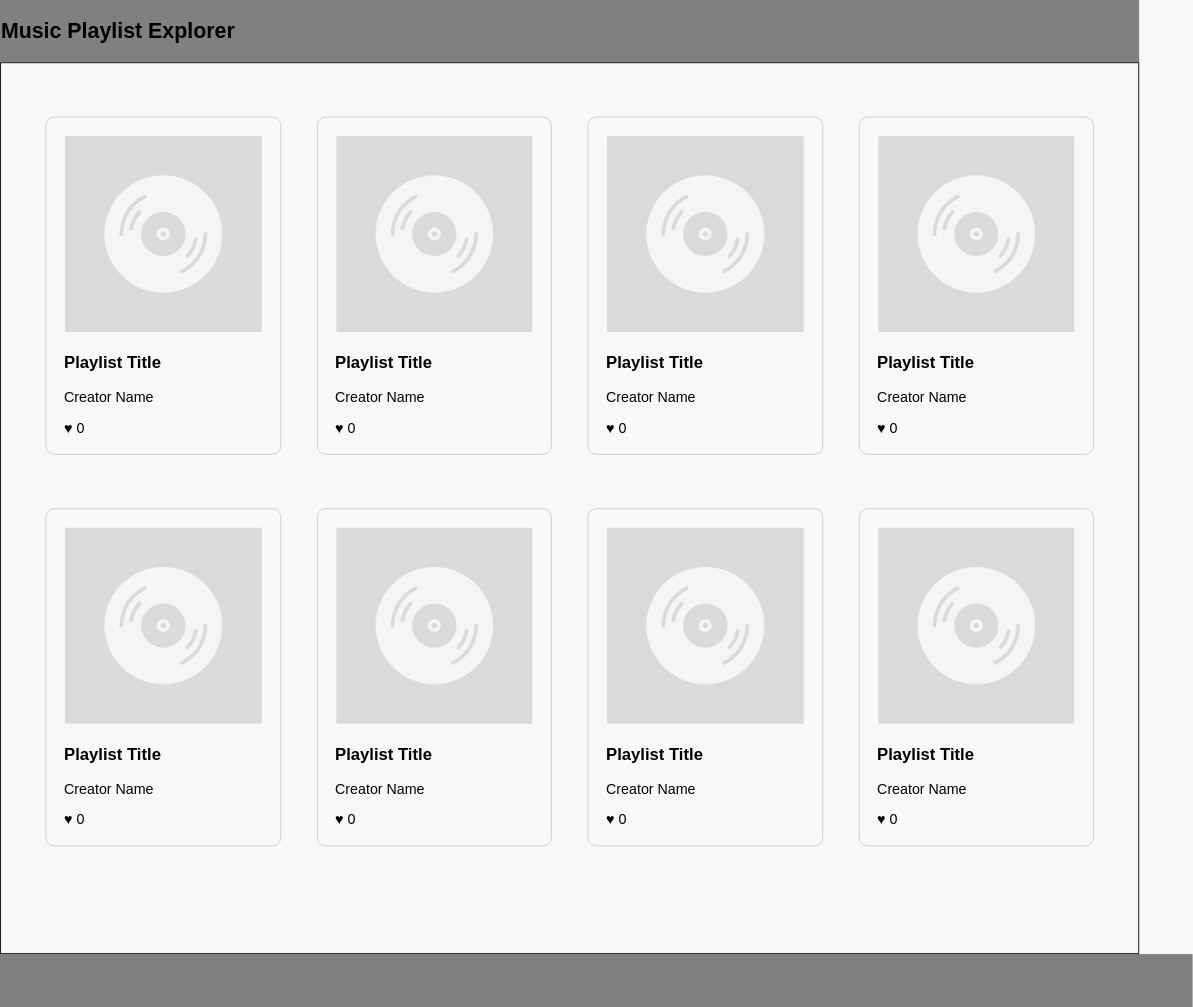
Repository: valentinaarojas/music-player-explorer
Page: index.html
The author's editor kept a copy of each file at every save. The page is drawn from the files as they stood at one save, then again after the next save.
The browser window is 1280 px wide. The page is 1340 px wide, so the pictures cover 1340 px, including what lies to the right of the window. The pictures show the whole page, at 89% of full size.

Above is the page before, as saved 2025-02-19 16:41:50.
Console error: SyntaxError: Unexpected token '{'

### index.html
<!DOCTYPE html>
<html lang="en">
<head>
    <meta charset="UTF-8">
    <meta name="viewport" content="width=device-width, initial-scale=1.0">

    <title>Music Playlist Explorer</title>
    <link rel="icon" type="image/x-icon" href="/images/favicon.ico">

    <link rel="stylesheet" href="style.css">
</head>
<body>
    <header>
        <!-- Your header content here -->
        <div class="banner">
            <h2>Music Playlist Explorer</h2>
        </div>
    </header>

    <main>
        <!-- Your main content here -->
        <div class="playlist-cards">
            <!-- card 1 -->
            <div class="playlist-card">
                <div class="playlist-cover">
                    <img src="assets/img/playlist.png" alt="placeholder" style="width: 100%">
                </div>
                <div class="playlist-info">
                    <h3 class="playlist-title">Playlist Title</h3>
                    <p class="creator-info">Creator Name</p>
                    <div class="like-count">
                        <span>♥</span>
                        <span>0</span>
                    </div>
                </div>
            </div>
            <!-- card 2 -->
            <div class="playlist-card">
                <div class="playlist-cover">
                    <img src="assets/img/playlist.png" alt="placeholder" style="width: 100%">
                </div>
                <div class="playlist-info">
                    <h3 class="playlist-title">Playlist Title</h3>
                    <p class="creator-info">Creator Name</p>
                    <div class="like-count">
                        <span>♥</span>
                        <span>0</span>
                    </div>
                </div>
            </div>
            <!-- card 3 -->
            <div class="playlist-card">
                <div class="playlist-cover">
                    <img src="assets/img/playlist.png" alt="placeholder" style="width: 100%">
                </div>
                <div class="playlist-info">
                    <h3 class="playlist-title">Playlist Title</h3>
                    <p class="creator-info">Creator Name</p>
                    <div class="like-count">
                        <span>♥</span>
                        <span>0</span>
                    </div>
                </div>
            </div>
            <!-- card 4 -->
            <div class="playlist-card">
                <div class="playlist-cover">
                    <img src="assets/img/playlist.png" alt="placeholder" style="width: 100%">
                </div>
                <div class="playlist-info">
                    <h3 class="playlist-title">Playlist Title</h3>
                    <p class="creator-info">Creator Name</p>
                    <div class="like-count">
                        <span>♥</span>
                        <span>0</span>
                    </div>
                </div>
            </div>
            <!-- card 5 -->
            <div class="playlist-card">
                <div class="playlist-cover">
                    <img src="assets/img/playlist.png" alt="placeholder" style="width: 100%">
                </div>
                <div class="playlist-info">
                    <h3 class="playlist-title">Playlist Title</h3>
                    <p class="creator-info">Creator Name</p>
                    <div class="like-count">
                        <span>♥</span>
                        <span>0</span>
                    </div>
                </div>
            </div>
            <!-- card 6 -->
            <div class="playlist-card">
                <div class="playlist-cover">
                    <img src="assets/img/playlist.png" alt="placeholder" style="width: 100%">
                </div>
                <div class="playlist-info">
                    <h3 class="playlist-title">Playlist Title</h3>
                    <p class="creator-info">Creator Name</p>
                    <div class="like-count">
                        <span>♥</span>
                        <span>0</span>
                    </div>
                </div>
            </div>
             <!-- card 7 -->
             <div class="playlist-card">
                <div class="playlist-cover">
                    <img src="assets/img/playlist.png" alt="placeholder" style="width: 100%">
                </div>
                <div class="playlist-info">
                    <h3 class="playlist-title">Playlist Title</h3>
                    <p class="creator-info">Creator Name</p>
                    <div class="like-count">
                        <span>♥</span>
                        <span>0</span>
                    </div>
                </div>
            </div>
             <!-- card 8 -->
             <div class="playlist-card">
                <div class="playlist-cover">
                    <img src="assets/img/playlist.png" alt="placeholder" style="width: 100%">
                </div>
                <div class="playlist-info">
                    <h3 class="playlist-title">Playlist Title</h3>
                    <p class="creator-info">Creator Name</p>
                    <div class="like-count">
                        <span>♥</span>
                        <span>0</span>
                    </div>
                </div>
            </div>
        </div>
    </main>

    <footer>
        <!-- Your footer content here -->
    </footer>
    <script src="data/data.js"></script>
    <script src="script.js"></script>
</body>
</html>

### style.css
body {
    font-family: 'Arial', sans-serif;
    margin: 0;
    padding: 0;
    background-color: #f8f8f8;
}

.banner {
    background-color: grey;
    padding: 1px;
}

.playlist-cards {
    display: grid;
    grid-template-columns: repeat(4, 1fr);
    padding: 30px;
    padding-bottom: 90px;
    border: 1px solid rgb(0, 0, 0);
}

.playlist-card {
    padding: 20px;
    margin: 30px 20px;
    border-radius: 10px;
    border: 1px solid #ccc;
}

.playlist-cover {
    padding: 1px;
}

footer {
    background-color: grey;
    padding: 30px;
    width: 100%;
}

### data/data.js
let data = { "playlists": [
    {
      "playlistID": 0,
      "playlist_name": "Late Night Drive",
      "playlist_creator": "Melody Maven",
      "playlist_art": "https://picsum.photos/id/36/200",
      "likeCount": 0,
      "songs": [
        {
          "songID": 0,
          "title": "Nightcall",
          "artist": "Kavinsky",
          "album": "Nightcall",
          "cover_art": "https://picsum.photos/id/43/200",
          "duration": "4:18"
        },
        {
          "songID": 1,
          "title": "Drive",
          "artist": "The Cars",
          "album": "Heartbeat City",
          "cover_art": "https://picsum.photos/id/45/200",
          "duration": "3:55"
        },
        {
          "songID": 2,
          "title": "Cruisin'",
          "artist": "Smokey Robinson",
          "album": "One Heartbeat",
          "cover_art": "https://picsum.photos/id/88/200",
          "duration": "4:30"
        },
        {
          "songID": 3,
          "title": "Night Moves",
          "artist": "Bob Seger",
          "album": "Night Moves",
          "cover_art": "https://picsum.photos/id/84/200",
          "duration": "5:25"
        },
        {
          "songID": 4,
          "title": "Moonlight Drive",
          "artist": "The Doors",
          "album": "Strange Days",
          "cover_art": "https://picsum.photos/id/122/200",
          "duration": "3:04"
        }
      ]
    },
    {
      "playlistID": 1,
      "playlist_name": "That Summer '16 Feeling",
      "playlist_creator": "Groove Guardian",
      "playlist_art": "https://picsum.photos/id/117/200",
      "likeCount": 10,
      "songs": [
        {
          "songID": 5,
          "title": "One Dance",
          "artist": "Drake",
          "album": "Views",
          "cover_art": "https://picsum.photos/id/21/200",
          "duration": "2:53"
        },
        {
          "songID": 6,
          "title": "Cheap Thrills",
          "artist": "Sia",
          "album": "This Is Acting",
          "cover_art": "https://picsum.photos/id/56/200",
          "duration": "3:31"
        },
        {
          "songID": 7,
          "title": "Don't Let Me Down",
          "artist": "The Chainsmokers ft. Daya",
          "album": "Collage",
          "cover_art": "https://picsum.photos/id/145/200",
          "duration": "3:28"
        },
        {
          "songID": 8,
          "title": "This Is What You Came For",
          "artist": "Calvin Harris ft. Rihanna",
          "album": "This Is What You Came For",
          "cover_art": "https://picsum.photos/id/160/200",
          "duration": "3:42"
        },
        {
          "songID": 9,
          "title": "Ride",
          "artist": "Twenty One Pilots",
          "album": "Blurryface",
          "cover_art": "https://picsum.photos/id/133/200",
          "duration": "3:34"
        }
      ]
    },
    {
      "playlistID": 2,
      "playlist_name": "Workout Beats",
      "playlist_creator": "Harmony Herald",
      "playlist_art": "https://picsum.photos/id/1077/200",
      "likeCount": 2,
      "songs": [
        {
          "songID": 10,
          "title": "Eye of the Tiger",
          "artist": "Survivor",
          "album": "Eye of the Tiger",
          "cover_art": "https://picsum.photos/id/593/200",
          "duration": "4:05"
        },
        {
          "songID": 11,
          "title": "Stronger",
          "artist": "Kanye West",
          "album": "Graduation",
          "cover_art": "https://picsum.photos/id/169/200",
          "duration": "5:12"
        },
        {
          "songID": 12,
          "title": "Lose Yourself",
          "artist": "Eminem",
          "album": "8 Mile Soundtrack",
          "cover_art": "https://picsum.photos/id/171/200",
          "duration": "5:26"
        },
        {
          "songID": 13,
          "title": "Uptown Funk",
          "artist": "Mark Ronson ft. Bruno Mars",
          "album": "Uptown Special",
          "cover_art": "https://picsum.photos/id/274/200",
          "duration": "4:30"
        },
        {
          "songID": 14,
          "title": "Can't Stop the Feeling!",
          "artist": "Justin Timberlake",
          "album": "Trolls (Original Motion Picture Soundtrack)",
          "cover_art": "https://picsum.photos/id/304/200",
          "duration": "3:56"
        }
      ]
    },
    {
      "playlistID": 3,
      "playlist_name": "Road Trip Anthems",
      "playlist_creator": "Playlist Pioneer",
      "playlist_art": "https://picsum.photos/id/314/200",
      "likeCount": 5,
      "songs": [
        {
          "songID": 15,
          "title": "Life Is a Highway",
          "artist": "Tom Cochrane",
          "album": "Mad Mad World",
          "cover_art": "https://picsum.photos/id/352/200",
          "duration": "4:26"
        },
        {
          "songID": 16,
          "title": "Born to Run",
          "artist": "Bruce Springsteen",
          "album": "Born to Run",
          "cover_art": "https://picsum.photos/id/361/200",
          "duration": "4:30"
        },
        {
          "songID": 17,
          "title": "Take It Easy",
          "artist": "Eagles",
          "album": "Eagles",
          "cover_art": "https://picsum.photos/id/365/200",
          "duration": "3:31"
        },
        {
          "songID": 18,
          "title": "Route 66",
          "artist": "Chuck Berry",
          "album": "Get Your Kicks on Route 66",
          "cover_art": "https://picsum.photos/id/371/200",
          "duration": "2:53"
        },
        {
          "songID": 19,
          "title": "On the Road Again",
          "artist": "Willie Nelson",
          "album": "Honeysuckle Rose",
          "cover_art": "https://picsum.photos/id/382/200",
          "duration": "2:33"
        }
      ]
    },
    {
      "playlistID": 4,
      "playlist_name": "Boss Chick Energy",
      "playlist_creator": "Tempo Tactician",
      "playlist_art": "https://picsum.photos/id/449/200",
      "likeCount": 0,
      "songs": [
        {
          "songID": 20,
          "title": "Run the World (Girls)",
          "artist": "Beyoncé",
          "album": "4",
          "cover_art": "https://picsum.photos/id/550/200",
          "duration": "3:56"
        },
        {
          "songID": 21,
          "title": "I'm Every Woman",
          "artist": "Chaka Khan",
          "album": "Chaka",
          "cover_art": "https://picsum.photos/id/646/200",
          "duration": "4:07"
        },
        {
          "songID": 22,
          "title": "Independent Women, Pt. 1",
          "artist": "Destiny's Child",
          "album": "Survivor",
          "cover_art": "https://picsum.photos/id/660/200",
          "duration": "3:41"
        },
        {
          "songID": 23,
          "title": "Confident",
          "artist": "Demi Lovato",
          "album": "Confident",
          "cover_art": "https://picsum.photos/id/680/200",
          "duration": "3:25"
        },
        {
          "songID": 24,
          "title": "Feeling Myself",
          "artist": "Nicki Minaj ft. Beyoncé",
          "album": "The Pinkprint",
          "cover_art": "https://picsum.photos/id/822/200",
          "duration": "3:57"
        }
      ]
    },
    {
      "playlistID": 5,
      "playlist_name": "Rainy Nights",
      "playlist_creator": "Sonic Sage",
      "playlist_art": "https://picsum.photos/id/115/200",
      "likeCount": 24,
      "songs": [
        {
          "songID": 25,
          "title": "Purple Rain",
          "artist": "Prince",
          "album": "Purple Rain",
          "cover_art": "https://picsum.photos/id/123/200",
          "duration": "8:41"
        },
        {
          "songID": 26,
          "title": "November Rain",
          "artist": "Guns N' Roses",
          "album": "Use Your Illusion I",
          "cover_art": "https://picsum.photos/id/171/200",
          "duration": "8:57"
        },
        {
          "songID": 27,
          "title": "Riders on the Storm",
          "artist": "The Doors",
          "album": "L.A. Woman",
          "cover_art": "https://picsum.photos/id/172/200",
          "duration": "7:14"
        },
        {
          "songID": 28,
          "title": "I Can't Stand the Rain",
          "artist": "Ann Peebles",
          "album": "I Can't Stand the Rain",
          "cover_art": "https://picsum.photos/id/178/200",
          "duration": "2:31"
        },
        {
          "songID": 29,
          "title": "Set Fire to the Rain",
          "artist": "Adele",
          "album": "21",
          "cover_art": "https://picsum.photos/id/680/200",
          "duration": "4:02"
        }
      ]
    },
    {
      "playlistID": 6,
      "playlist_name": "90's R&B",
      "playlist_creator": "Vinyl Virtuoso",
      "playlist_art": "https://picsum.photos/id/815/200",
      "likeCount": 3,
      "songs": [
        {
          "songID": 30,
          "title": "No Diggity",
          "artist": "Blackstreet ft. Dr. Dre",
          "album": "Another Level",
          "cover_art": "https://picsum.photos/id/856/200",
          "duration": "5:06"
        },
        {
          "songID": 31,
          "title": "Waterfalls",
          "artist": "TLC",
          "album": "CrazySexyCool",
          "cover_art": "https://picsum.photos/id/871/200",
          "duration": "4:39"
        },
        {
          "songID": 32,
          "title": "Creep",
          "artist": "TLC",
          "album": "CrazySexyCool",
          "cover_art": "https://picsum.photos/id/891/200",
          "duration": "4:29"
        },
        {
          "songID": 33,
          "title": "On Bended Knee",
          "artist": "Boyz II Men",
          "album": "II",
          "cover_art": "https://picsum.photos/id/1013/200",
          "duration": "4:05"
        },
        {
          "songID": 34,
          "title": "Fantasy",
          "artist": "Mariah Carey",
          "album": "Daydream",
          "cover_art": "https://picsum.photos/id/1014/200",
          "duration": "4:04"
        }
      ]
    },
    {
      "playlistID": 7,
      "playlist_name": "Nothing But The Classics",
      "playlist_creator": "Melody Maven",
      "playlist_art": "https://picsum.photos/id/22/200",
      "likeCount": 3,
      "songs": [
        {
          "songID": 35,
          "title": "Bohemian Rhapsody",
          "artist": "Queen",
          "album": "A Night at the Opera",
          "cover_art": "https://picsum.photos/id/39/200",
          "duration": "5:55"
        },
        {
          "songID": 36,
          "title": "Hotel California",
          "artist": "Eagles",
          "album": "Hotel California",
          "cover_art": "https://picsum.photos/id/57/200",
          "duration": "6:30"
        },
        {
          "songID": 37,
          "title": "Stairway to Heaven",
          "artist": "Led Zeppelin",
          "album": "Led Zeppelin IV",
          "cover_art": "https://picsum.photos/id/221/200",
          "duration": "8:02"
        },
        {
          "songID": 38,
          "title": "Sweet Child o' Mine",
          "artist": "Guns N' Roses",
          "album": "Appetite for Destruction",
          "cover_art": "https://picsum.photos/id/822/200",
          "duration": "5:55"
        },
        {
          "songID": 39,
          "title": "Imagine",
          "artist": "John Lennon",
          "album": "Imagine",
          "cover_art": "https://picsum.photos/id/823/200",
          "duration": "3:04"
        }
      ]
    },
    {
      "playlistID": 8,
      "playlist_name": "Ohh That Baseline",
      "playlist_creator": "Bassline Buddy",
      "playlist_art": "https://picsum.photos/id/836/200",
      "likeCount": 0,
      "songs": [
        {
          "songID": 40,
          "title": "Another One Bites the Dust",
          "artist": "Queen",
          "album": "The Game",
          "cover_art": "https://picsum.photos/id/839/200",
          "duration": "3:36"
        },
        {
          "songID": 41,
          "title": "Billie Jean",
          "artist": "Michael Jackson",
          "album": "Thriller",
          "cover_art": "https://picsum.photos/id/903/200",
          "duration": "4:54"
        },
        {
          "songID": 42,
          "title": "Superstition",
          "artist": "Stevie Wonder",
          "album": "Talking Book",
          "cover_art": "https://picsum.photos/id/978/200",
          "duration": "4:26"
        },
        {
          "songID": 43,
          "title": "Smooth Criminal",
          "artist": "Michael Jackson",
          "album": "Bad",
          "cover_art": "https://picsum.photos/id/1004/200",
          "duration": "4:17"
        },
        {
          "songID": 44,
          "title": "Money for Nothing",
          "artist": "Dire Straits",
          "album": "Brothers in Arms",
          "cover_art": "https://picsum.photos/id/1025/200",
          "duration": "8:26"
        }
      ]
    }
  ]
}

### script.js
body {
    font-family: 'Arial', sans-serif;
    margin: 0;
    padding: 0;
    background-color: #f8f8f8;
}

After the next save:
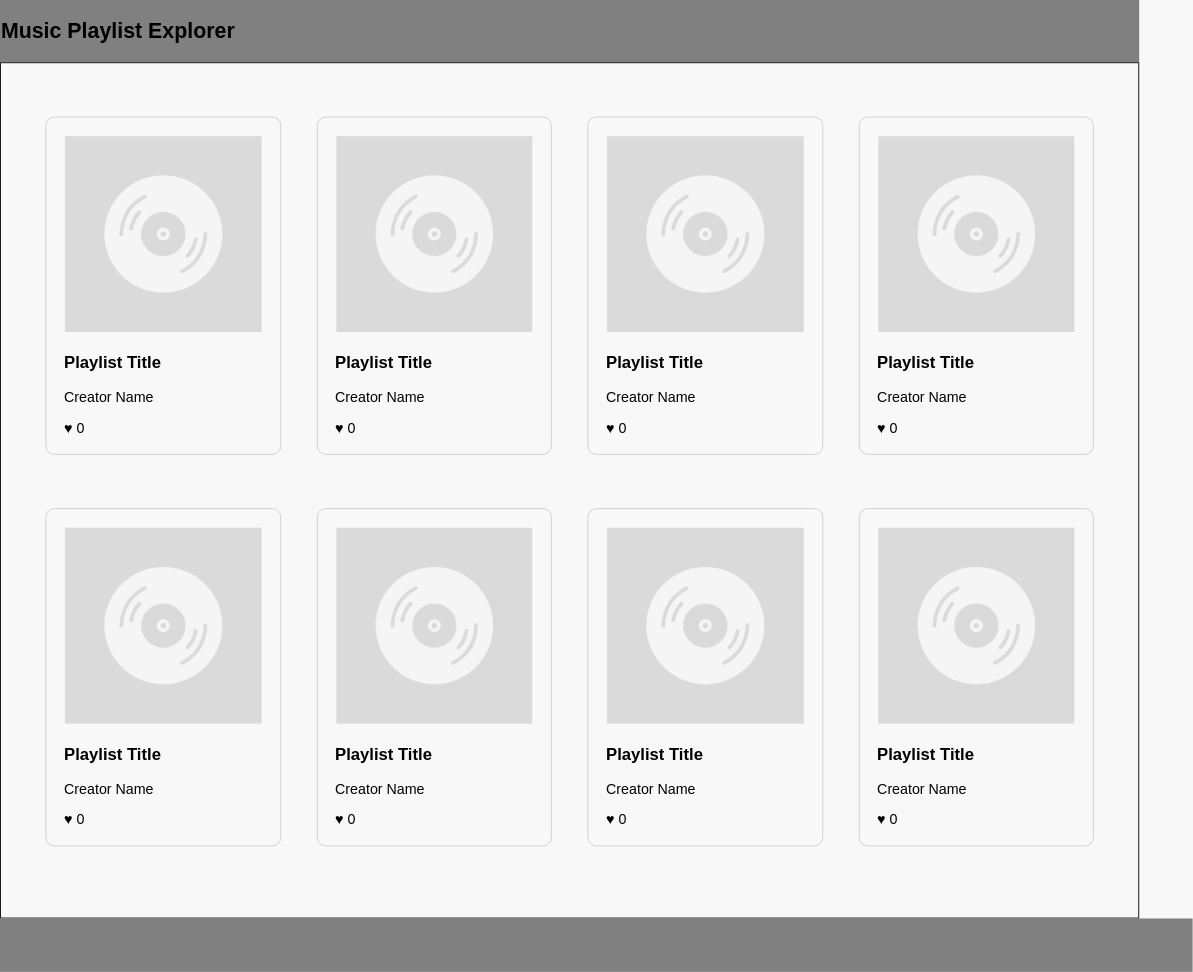
Saved 12 s later.
--- a/style.css
+++ b/style.css
@@ -14,7 +14,7 @@ body {
     display: grid;
     grid-template-columns: repeat(4, 1fr);
     padding: 30px;
-    padding-bottom: 90px;
+    padding-bottom: 50px;
     border: 1px solid rgb(0, 0, 0);
 }
 
